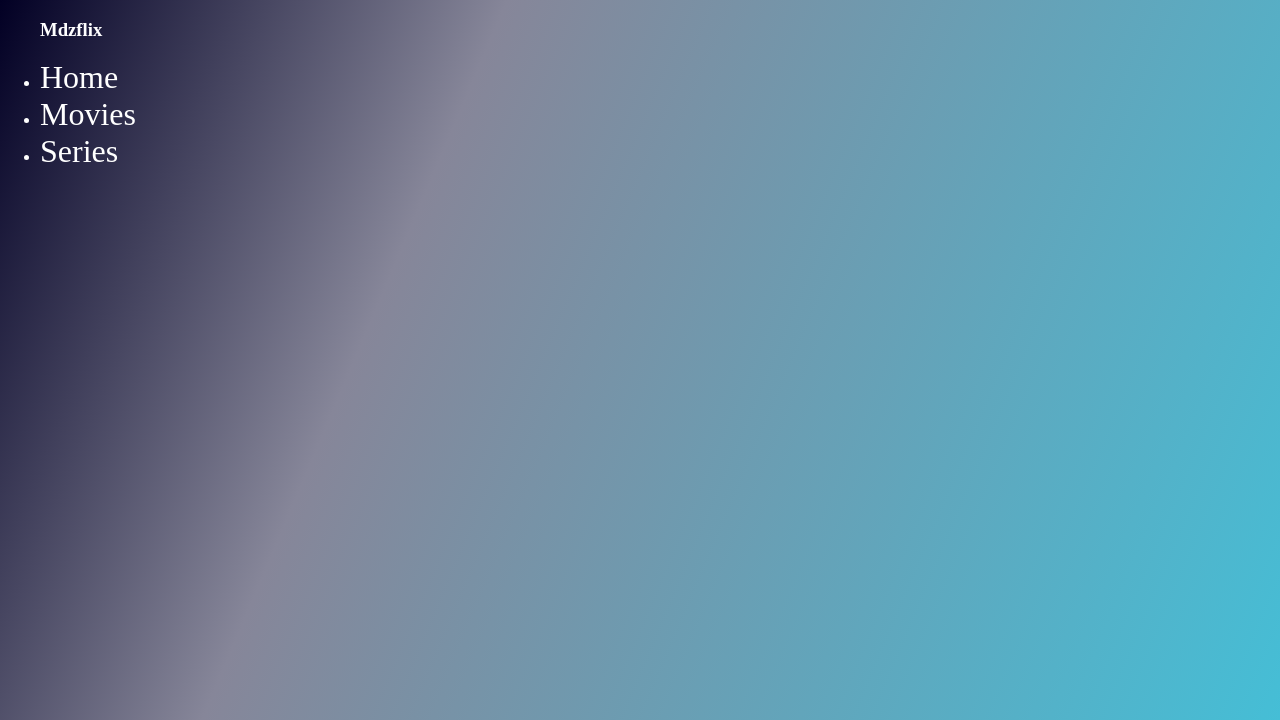
Repository: leo7mdz/app-movies-react
Page: /series
These files come from the project's save history. The page is drawn as it stood at one moment and after the next save; the edit follows.
The browser window is 1280 px wide. The pictures show the whole page.
The page's requests for data from a server got no answer. The project was rebuilt for these pictures with package versions that can differ from the ones it lists, and the page was loaded fresh each time. No one was signed in, and anything a server would have sent is missing. Also part of the build but not shown: vite.config.js, src/components/details.module.css, src/pages/Details.jsx, src/pages/ErrorPage.jsx, src/utils/apiFetchCarousel.js, src/components/CarouselTop.jsx, src/pages/Home.jsx, src/components/Card.module.css and 11 more.

Above is the page before, as saved 2023-03-15 14:28:30.

### src/App.jsx
import { BrowserRouter, Route, Routes } from "react-router-dom";
import "./app.css";
import NavBar from "./components/NavBar";
import MoviesProvider from "./context/MoviesContext";
import SeriesProvider from "./context/SeriesContext";
import Details from "./pages/Details";
import ErrorPage from "./pages/ErrorPage";
import Home from "./pages/Home";
import Series from "./pages/Series";
import Movies from "./pages/Movies";

function App() {
  return (
    <BrowserRouter>
      <MoviesProvider>
        <SeriesProvider>
          <div className="app">
            <NavBar />

            <Routes>
              <Route path="/" element={<Home />} />
              <Route path="/movies" element={<Movies types="movie" />} />
              <Route path="/series" element={<Series types="tv" />} />
              <Route path="*" element={<ErrorPage />} />
              <Route path="/details/:type/:id" element={<Details />} />
            </Routes>
          </div>
        </SeriesProvider>
      </MoviesProvider>
    </BrowserRouter>
  );
}

export default App;

### src/index.css
body {
  margin: 0;
  min-height: 100vh;
  color: white;
  background: rgb(2, 0, 36);
  background: linear-gradient(113deg, rgba(2, 0, 36, 1) 0%, rgba(134, 134, 153, 1) 32%, rgba(69, 190, 214, 1) 100%);

}

a {
  font-weight: 500;
  color: rgb(255, 255, 255);
  font-size: 2rem;
  text-decoration: none;
  display: block;
}

a:hover {
  transform: scale(1.1);
}

/* ul {
  display: flex;
  justify-content: space-around;
  list-style: none;
  margin-top: 0;
  margin-bottom: 0;
  padding: 1rem;
  font-size: 1.2rem;
} */


.container-page {
  margin-top: 100px;
}

.alice-carousel__wrapper {
  width: 100%;
}

.item {
  width: 100vh;

}

.item img {
  width: 100%;
  object-fit: cover;
}

### src/app.css
.app{
    margin: 0;
    width: 100%;
    min-height: 100%;
}

### src/components/NavBar.jsx
import React from "react";
import { Link } from "react-router-dom";
import style from "./navBar.module.css";

const NavBar = () => {
  return (
    <nav className={style.nav}>
      <ul>
        <h3>Mdzflix</h3>
        <li>
          <Link to="/">Home</Link>
        </li>
        <li>
          <Link to="/movies">Movies</Link>
        </li>
        <li>
          <Link to="/series">Series</Link>
        </li>
      </ul>
    </nav>
  );
};

export default NavBar;

### src/context/MoviesContext.jsx
import { useContext } from "react";
import { createContext } from "react";
import useMoviesSearch from "../hooks/useMoviesSearch";

const MoviesContext = createContext();

export const contextMovies = () => {
  return useContext(MoviesContext);
};

const MoviesProvider = ({ children }) => {
  const { movies, page, totalPage, loading, setPage, error } =
    useMoviesSearch();

  const data = {
    movies,
    page,
    totalPage,
    loading,
    setPage,
    error,
  };

  return (
    <MoviesContext.Provider value={data}>{children}</MoviesContext.Provider>
  );
};

export default MoviesProvider;
//export { MoviesContext };

### src/context/SeriesContext.jsx
import { useContext } from "react";
import { createContext } from "react";

import useSeriesSearch from "../hooks/useSeriesSearch";

const SeriesContext = createContext();

export const contextSeries = () => {
  return useContext(SeriesContext);
};

const SeriesProvider = ({ children }) => {
  const { series, loading, error, page, totalPage, setPage } =
    useSeriesSearch();

  const data = {
    series,
    loading,
    error,
    page,
    totalPage,
    setPage,
  };
  return (
    <SeriesContext.Provider value={data}>{children}</SeriesContext.Provider>
  );
};

export default SeriesProvider;
//export { SeriesContext };

### src/components/navBar.module.css
.nav {
    background-color: transparent;
    position: fixed;
    top: 0;
    width: 100%;
    height: 220px;
    margin-bottom: 100px;
}

### src/hooks/useMoviesSearch.js
import { useEffect, useReducer } from "react";
import moviesReducer, { MOVIES_INITIAL_STATE } from "../reducer/moviesReducer";
import MOVIES_ACTIONS from "../utils/movies-actions";
import apiFetch from "../utils/apiFetch";
import { useSearchParams } from "react-router-dom";
import { useDebounce } from "./useDebaunce";

const searchMovies = async (
  endpoint,
  search,
  page,
  startSearch,
  searchSuccess,
  searchError
) => {
  startSearch();

  const { success, data, statusCode } = await apiFetch(endpoint, search, page);

  if (success) {
    return searchSuccess(data.results, data.total_pages);
  }
  return searchError(`Error:${statusCode}`);
};

const useMoviesSearch = () => {
  const [moviesSearch, moviesDispatch] = useReducer(
    moviesReducer,
    MOVIES_INITIAL_STATE
  );

  const [query] = useSearchParams();
  const search = query.get("search");

  const debounce = useDebounce(search, 300);

  const endpoint = search ? "/search/movie" : `/movie/popular`;

  const startSearch = () => {
    moviesDispatch({ type: MOVIES_ACTIONS.START_SEARCH });
  };

  const searchSuccess = (movies, totalPage) => {
    moviesDispatch({
      type: MOVIES_ACTIONS.MOVIES_SEARCH_SUCCESS,
      movies,
      totalPage,
    });
  };

  const searchError = (error) => {
    moviesDispatch({ type: MOVIES_ACTIONS.MOVIES_SEARCH_ERROR, error });
  };

  const setPage = (page) => {
    moviesDispatch({ type: MOVIES_ACTIONS.MOVIES_SETPAGE, page });
  };

  useEffect(() => {
    searchMovies(
      endpoint,
      debounce,
      moviesSearch.page,
      startSearch,
      searchSuccess,
      searchError
    );
  }, [moviesSearch.page, debounce]);

  return {
    ...moviesSearch,
    setPage,
  };
};

export default useMoviesSearch;

### src/hooks/useSeriesSearch.js
import { useEffect } from "react";
import { useReducer } from "react";
import { useSearchParams } from "react-router-dom";
import seriesReducer, { SERIES_INITIAL_STATE } from "../reducer/seriesReducer";
import apiFetch from "../utils/apiFetch";
import SERIES_ACTIONS from "../utils/series-action";
import { useDebounce } from "./useDebaunce";

const searchSeries = async (
  endpoint,
  search,
  page,
  startSearch,
  successSearch,
  errorSearch
) => {
  startSearch();
  const { data, success, statusCode } = await apiFetch(endpoint, search, page);

  if (success) {
    return successSearch(data.results, data.total_pages);
  }
  return errorSearch(`Error : ${statusCode}`);

  //console.log(data);
};

const useSeriesSearch = () => {
  const [seriesSearch, seriesDispatch] = useReducer(
    seriesReducer,
    SERIES_INITIAL_STATE
  );

  const [query] = useSearchParams();
  const search = query.get("search");

  const endpoint = search ? `/search/tv` : `/tv/popular`;

  const debounce = useDebounce(search, 300);

  const startSearch = () => {
    seriesDispatch({ type: SERIES_ACTIONS.START_SEARCH_SERIES });
  };

  const successSearch = (series, totalPage) => {
    seriesDispatch({
      type: SERIES_ACTIONS.SERIES_SEARCH_SUCCESS,
      series,
      totalPage,
    });
  };

  const errorSearch = (error) => {
    seriesDispatch({ type: SERIES_ACTIONS.SERIES_SEARCH_SUCCESS, error });
  };

  const setPage = (page) => {
    seriesDispatch({ type: SERIES_ACTIONS.SERIES_SETPAGE, page });
  };

  useEffect(() => {
    searchSeries(
      endpoint,
      debounce,
      seriesSearch.page,
      startSearch,
      successSearch,
      errorSearch
    );
  }, [seriesSearch.page, debounce]);

  return {
    ...seriesSearch,
    setPage,
  };
};

export default useSeriesSearch;

### src/constants/api.js
export const API_HOST = "https://api.themoviedb.org/3";

export const API_KEY = "3e13254e67f6740db149cb7e98614a79";

export const IMG_PATH = "https://image.tmdb.org/t/p/original/";

### src/utils/apiFetch.js
import { API_HOST, API_KEY } from "../constants/api.js";

const apiFetch = async (endpoint, search, page = 1) => {
  const urlEndpoint = search
    ? `${API_HOST}${endpoint}?api_key=${API_KEY}&page=${page}&query=${search}`
    : `${API_HOST}${endpoint}?api_key=${API_KEY}&page=${page}`;

  try {
    const res = await fetch(urlEndpoint);

    if (res.ok) {
      const data = await res.json();

      //console.log(data);
      return {
        success: true,
        data,
      };
    }

    return {
      success: false,
      statusCode: res.status,
    };
  } catch (error) {
    return {
      success: false,
      code: 500,
    };
  }
};

export default apiFetch;

### src/reducer/moviesReducer.js
import MOVIES_ACTIONS from "../utils/movies-actions";

const MOVIES_INITIAL_STATE = {
  movies: "",
  loading: false,
  error: undefined,
  page: 1,
  totalPages: 1,
};

const moviesReducer = (state, action) => {
  switch (action.type) {
    case MOVIES_ACTIONS.START_SEARCH: {
      return {
        ...state,
        loading: true,
      };
    }
    case MOVIES_ACTIONS.MOVIES_SEARCH_SUCCESS: {
      return {
        ...state,
        movies: action.movies,
        loading: false,
        totalPage: action.totalPage,
      };
    }
    case MOVIES_ACTIONS.MOVIES_SEARCH_ERROR: {
      return {
        ...state,
        error: action.error,
      };
    }
    case MOVIES_ACTIONS.MOVIES_SETPAGE: {
      return {
        ...state,
        page: action.page,
      };
    }
    default:
      return state;
  }
};

export { MOVIES_INITIAL_STATE };
export default moviesReducer;

### src/utils/movies-actions.js
const MOVIES_ACTIONS = {
  START_SEARCH: 0,
  MOVIES_SEARCH_SUCCESS: 1,
  MOVIES_SEARCH_ERROR: 2,
  MOVIES_SETPAGE: 3,
};

export default MOVIES_ACTIONS;

### src/hooks/useDebaunce.js
import { useEffect, useState } from "react";

export function useDebounce(value, delay) {
  // State and setters for debounced value
  const [debouncedValue, setDebouncedValue] = useState(value);
  useEffect(
    () => {
      // Update debounced value after delay
      const handler = setTimeout(() => {
        setDebouncedValue(value);
      }, delay);
      // Cancel the timeout if value changes (also on delay change or unmount)
      // This is how we prevent debounced value from updating if value is changed ...
      // .. within the delay period. Timeout gets cleared and restarted.
      return () => {
        clearTimeout(handler);
      };
    },
    [value, delay] // Only re-call effect if value or delay changes
  );
  return debouncedValue;
}

### src/reducer/seriesReducer.js
import SERIES_ACTIONS from "../utils/series-action";

const SERIES_INITIAL_STATE = {
  series: undefined,
  loading: false,
  error: null,
  page: 1,
  totalPage: 1,
};

const seriesReducer = (state, action) => {
  switch (action.type) {
    case SERIES_ACTIONS.START_SEARCH_SERIES: {
      return {
        ...state,
        loading: true,
      };
    }
    case SERIES_ACTIONS.SERIES_SEARCH_SUCCESS: {
      return {
        ...state,
        series: action.series,
        loading: false,
        totalPage: action.totalPage,
      };
    }
    case SERIES_ACTIONS.SERIES_SEARCH_ERROR: {
      return {
        ...state,
        error: action.error,
        loading: false,
      };
    }
    case SERIES_ACTIONS.SERIES_SETPAGE: {
      return {
        ...state,
        page: action.page,
      };
    }
    default:
      return state;
  }
};

export { SERIES_INITIAL_STATE };
export default seriesReducer;

### src/utils/series-action.js
const SERIES_ACTIONS = {
  START_SEARCH_SERIES: 0,
  SERIES_SEARCH_SUCCESS: 1,
  SERIES_SEARCH_ERROR: 2,
  SERIES_SETPAGE: 3,
};

export default SERIES_ACTIONS;

Loaded but not shown: index.html (common file); src/main.jsx (common file)

After the next save:
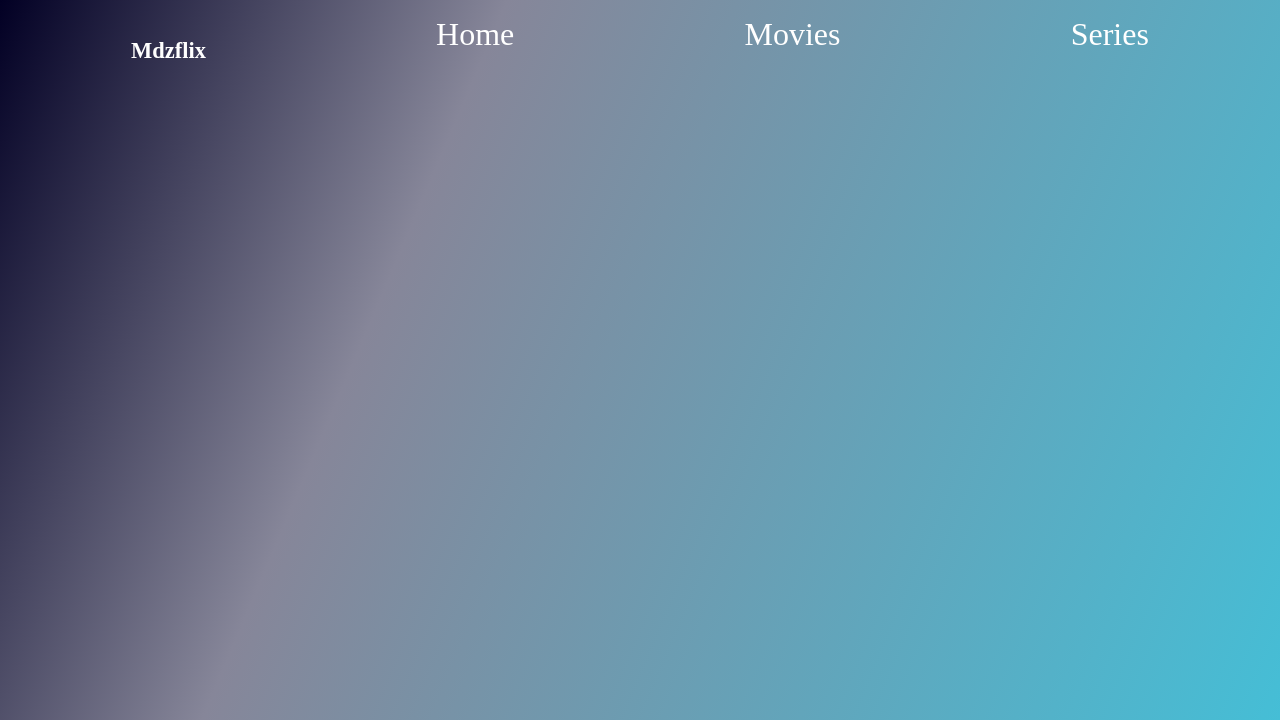
Saved 48 s later.
--- a/src/app.css
+++ b/src/app.css
@@ -1,5 +1,16 @@
-.app{
+.app {
     margin: 0;
     width: 100%;
     min-height: 100%;
 }
+
+
+ul {
+    display: flex;
+    justify-content: space-around;
+    list-style: none;
+    margin-top: 0;
+    margin-bottom: 0;
+    padding: 1rem;
+    font-size: 1.2rem;
+}
